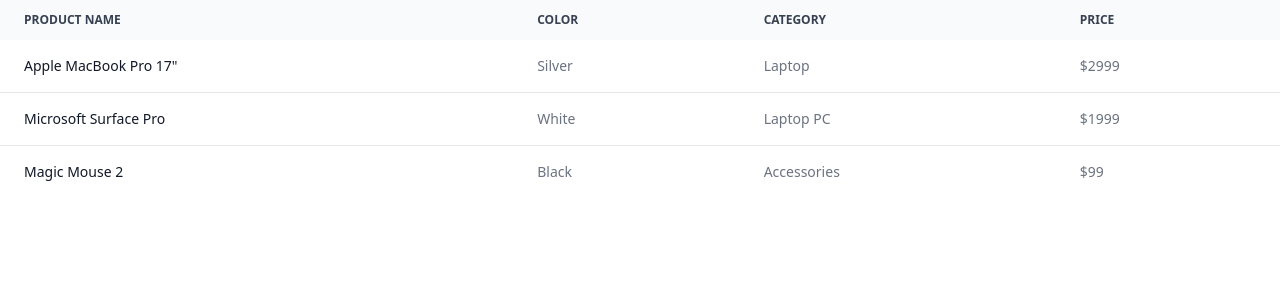
Repository: theanmol-raj/2010080029
Page: /
The author's editor kept a copy of each file at every save. The page is drawn from the files as they stood at one save, then again after the next save.
The browser window is 1280 px wide. The pictures show the whole page.
The project was rebuilt for these pictures with package versions that can differ from the ones it lists, and the page was loaded fresh each time. Also part of the build but not shown: src/components/IndividualTrainINfo.jsx.

Above is the page before, as saved 2023-04-29 20:12:34.

After the next save:
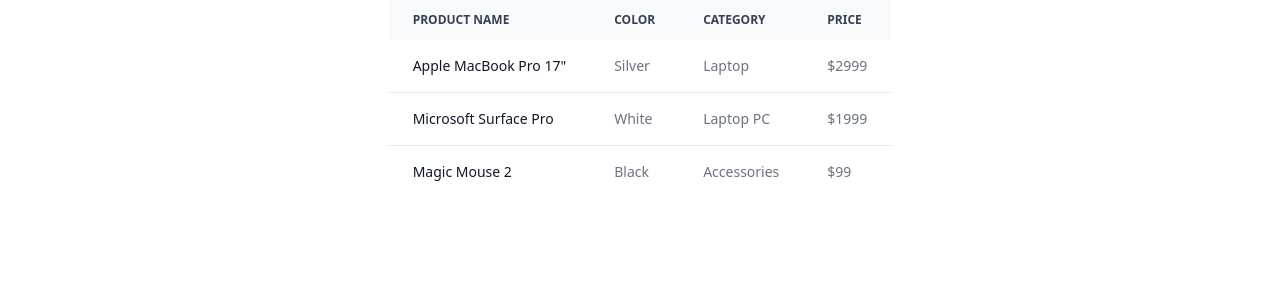
Saved 25 s later.
--- a/src/components/TrainINfo.jsx
+++ b/src/components/TrainINfo.jsx
@@ -2,7 +2,7 @@
 
 function TrainINfo() {
   return (
-    <div className=' flex max-w-7xl mx-auto'>
+    <div className=' flex justify-center items-center'>    <div className=' flex max-w-7xl mx-auto'>
         <div class="relative  w-full">
     <table class="w-full text-sm text-left text-gray-500 dark:text-gray-400">
         <thead class="text-xs text-gray-700 uppercase bg-gray-50 dark:bg-gray-700 dark:text-gray-400">
@@ -68,6 +68,7 @@
     </table>
 </div>
     </div>
+    </div>
   )
 }
 
